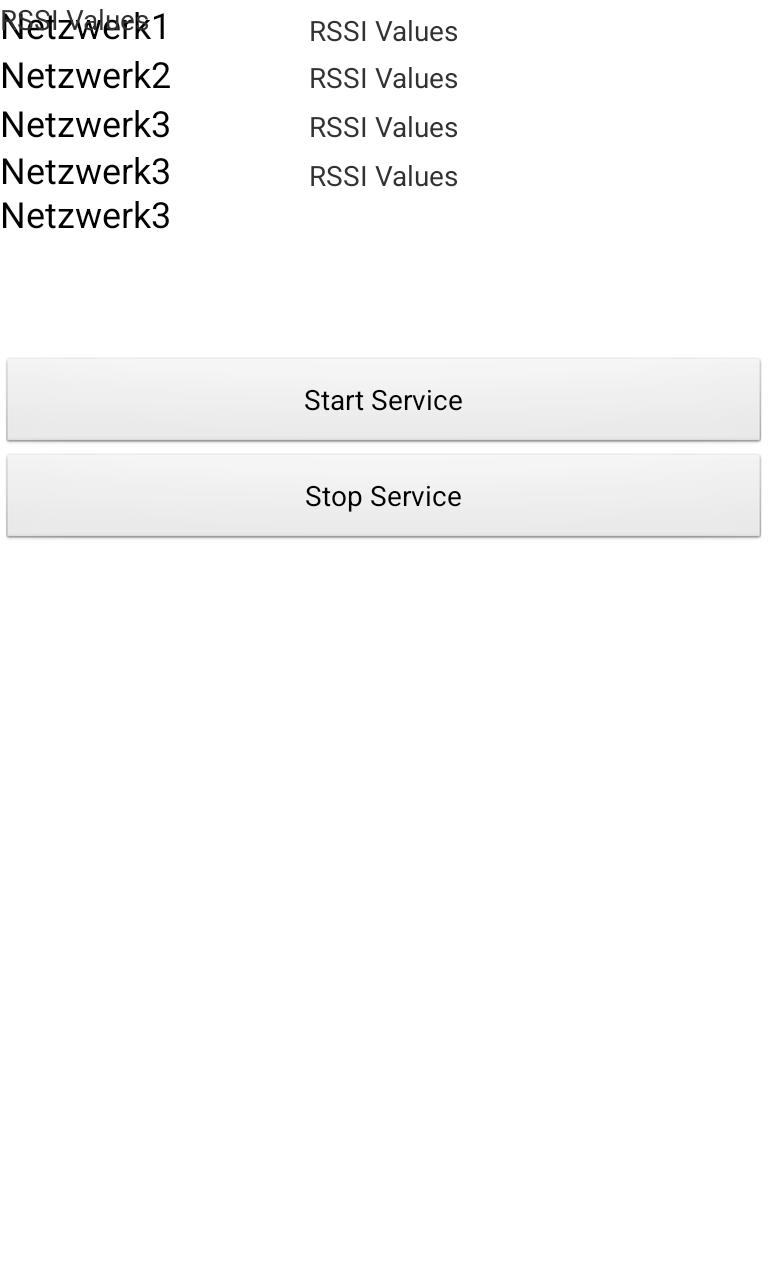
Repository: agejku/Embedded-Systems
Layout: Positionsensor/res/layout/main.xml
An editor plug-in stored every save of this project. The layout is shown before and after the next save, followed by the edit.
It is drawn on a 768 x 1280 px phone screen (xhdpi) without system bars, with theme AppTheme; the app's code is not run.

Above is the layout before, as saved 2014-04-23 11:07:12.

### Positionsensor/res/layout/main.xml
<?xml version="1.0" encoding="utf-8"?>
<RelativeLayout xmlns:android="http://schemas.android.com/apk/res/android"
    android:id="@+id/NetNumber1"
    android:layout_width="fill_parent"
    android:layout_height="fill_parent"
    android:orientation="vertical" >

   <Button
       android:id="@+id/btnStopService"
       android:layout_width="fill_parent"
       android:layout_height="wrap_content"
       android:layout_alignParentLeft="true"
       android:layout_below="@+id/btnStartService"
       android:onClick="stopService"
       android:text="@string/stop_service" />

   <TextView
       android:id="@+id/network2"
       android:layout_width="wrap_content"
       android:layout_height="wrap_content"
       android:layout_alignParentLeft="true"
       android:layout_below="@+id/network1"
       android:text="@string/network2"
       android:textAppearance="?android:attr/textAppearanceMedium" />

   <TextView
       android:id="@+id/rssiNet2"
       android:layout_width="wrap_content"
       android:layout_height="wrap_content"
       android:layout_alignBaseline="@+id/network2"
       android:layout_alignBottom="@+id/network2"
       android:layout_alignLeft="@+id/rssiNet1"
       android:text="@string/start_rssi" />

   <TextView
       android:id="@+id/network3"
       android:layout_width="wrap_content"
       android:layout_height="wrap_content"
       android:layout_alignParentLeft="true"
       android:layout_below="@+id/network2"
       android:text="@string/network3"
       android:textAppearance="?android:attr/textAppearanceMedium" />

   <TextView
       android:id="@+id/rssiNet3"
       android:layout_width="wrap_content"
       android:layout_height="wrap_content"
       android:layout_alignBaseline="@+id/network3"
       android:layout_alignBottom="@+id/network3"
       android:layout_alignLeft="@+id/rssiNet2"
       android:text="@string/start_rssi" />

   <Button
       android:id="@+id/btnStartService"
       android:layout_width="fill_parent"
       android:layout_height="wrap_content"
       android:layout_alignParentLeft="true"
       android:layout_alignParentTop="true"
       android:layout_marginTop="178dp"
       android:onClick="startService"
       android:text="@string/start_service" />

   <TextView
       android:id="@+id/rssiNet1"
       android:layout_width="wrap_content"
       android:layout_height="wrap_content"
       android:layout_above="@+id/network2"
       android:layout_centerHorizontal="true"
       android:text="@string/start_rssi" />

   <TextView
       android:id="@+id/network1"
       android:layout_width="wrap_content"
       android:layout_height="wrap_content"
       android:layout_alignParentLeft="true"
       android:layout_alignParentTop="true"
       android:text="@string/network1"
       android:textAppearance="?android:attr/textAppearanceMedium" />

   <TextView
       android:id="@+id/TextView01"
       android:layout_width="wrap_content"
       android:layout_height="wrap_content"
       android:layout_alignParentLeft="true"
       android:layout_below="@+id/rssiNet3"
       android:text="@string/network3"
       android:textAppearance="?android:attr/textAppearanceMedium" />

   <TextView
       android:id="@+id/TextView02"
       android:layout_width="wrap_content"
       android:layout_height="wrap_content"
       android:layout_alignParentLeft="true"
       android:layout_below="@+id/network3"
       android:layout_marginTop="21dp"
       android:text="@string/network3"
       android:textAppearance="?android:attr/textAppearanceMedium" />

   <TextView
       android:id="@+id/TextView03"
       android:layout_width="wrap_content"
       android:layout_height="wrap_content"
       android:layout_alignBottom="@+id/TextView01"
       android:layout_alignLeft="@+id/rssiNet3"
       android:text="@string/start_rssi" />

   <TextView
       android:id="@+id/TextView04"
       android:layout_width="wrap_content"
       android:layout_height="wrap_content"
       android:layout_alignParentLeft="true"
       android:layout_alignParentTop="true"
       android:text="@string/start_rssi" />

</RelativeLayout>

### Positionsensor/res/values/strings.xml
<resources>

    <string name="app_name">WifiFingerprinting</string>
    <string name="hello_world">Hello world!</string>
    <string name="menu_settings">Settings</string>
    <string name="title_activity_main">Wifi Fingerprinting</string>
    <string name="start_service">Start Service</string>
    <string name="stop_service">Stop Service</string>
    <string name="start_rssi">RSSI Values</string>
    <string name="network1">Netzwerk1</string>
    <string name="network2">Netzwerk2</string>
    <string name="network3">Netzwerk3</string>
    <string name="network4">Netzwerk4</string>
    <string name="network5">Netzwerk5</string>

</resources>

Loaded but not shown: Positionsensor/res/values/styles.xml (common file)

After the next save:
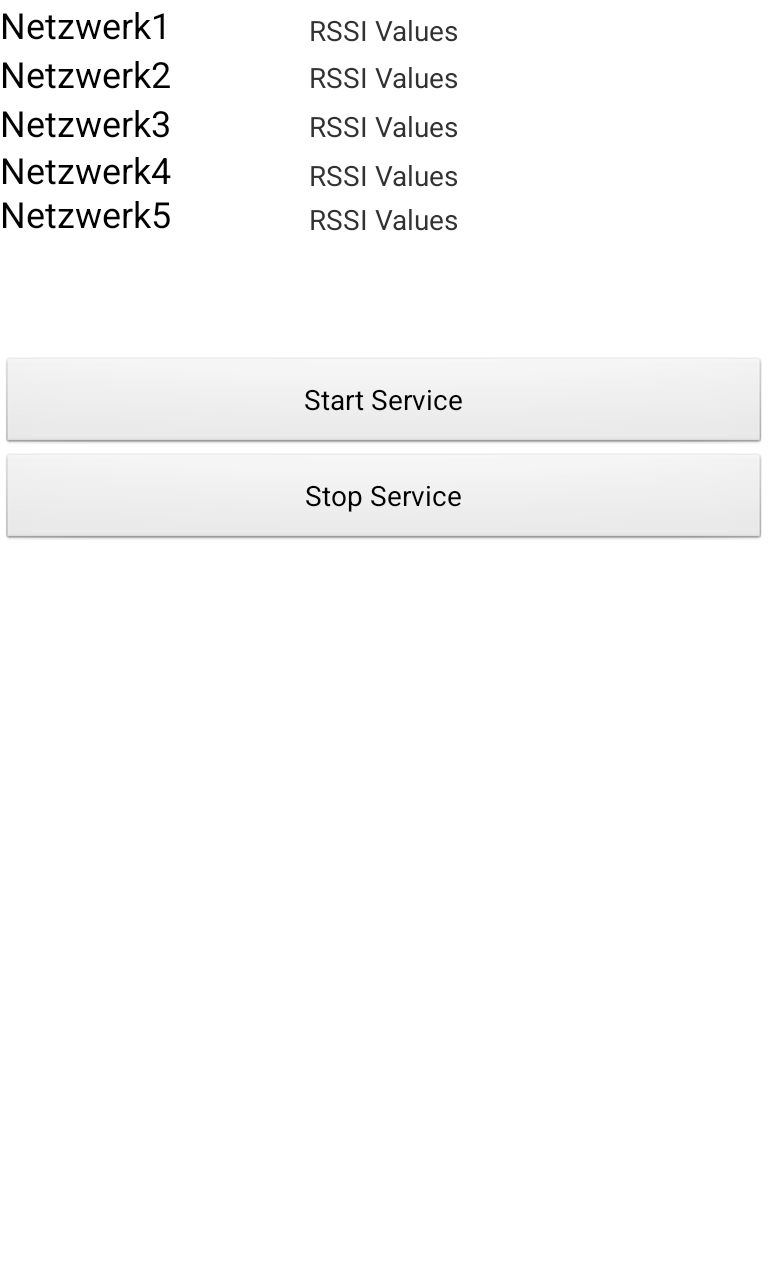
Saved 8 min 57 s later.
--- a/Positionsensor/res/layout/main.xml
+++ b/Positionsensor/res/layout/main.xml
@@ -78,38 +78,39 @@
        android:textAppearance="?android:attr/textAppearanceMedium" />
 
    <TextView
-       android:id="@+id/TextView01"
+       android:id="@+id/network4"
        android:layout_width="wrap_content"
        android:layout_height="wrap_content"
        android:layout_alignParentLeft="true"
        android:layout_below="@+id/rssiNet3"
-       android:text="@string/network3"
+       android:text="@string/network4"
        android:textAppearance="?android:attr/textAppearanceMedium" />
 
    <TextView
-       android:id="@+id/TextView02"
+       android:id="@+id/netzwerk5"
        android:layout_width="wrap_content"
        android:layout_height="wrap_content"
        android:layout_alignParentLeft="true"
        android:layout_below="@+id/network3"
        android:layout_marginTop="21dp"
-       android:text="@string/network3"
+       android:text="@string/network5"
        android:textAppearance="?android:attr/textAppearanceMedium" />
 
    <TextView
-       android:id="@+id/TextView03"
+       android:id="@+id/rssiNet4"
        android:layout_width="wrap_content"
        android:layout_height="wrap_content"
-       android:layout_alignBottom="@+id/TextView01"
+       android:layout_alignBottom="@+id/network4"
        android:layout_alignLeft="@+id/rssiNet3"
+       android:layout_alignRight="@+id/rssiNet3"
        android:text="@string/start_rssi" />
 
    <TextView
-       android:id="@+id/TextView04"
+       android:id="@+id/rssiNet5"
        android:layout_width="wrap_content"
        android:layout_height="wrap_content"
-       android:layout_alignParentLeft="true"
-       android:layout_alignParentTop="true"
+       android:layout_alignBottom="@+id/netzwerk5"
+       android:layout_alignLeft="@+id/rssiNet4"
        android:text="@string/start_rssi" />
 
 </RelativeLayout>
